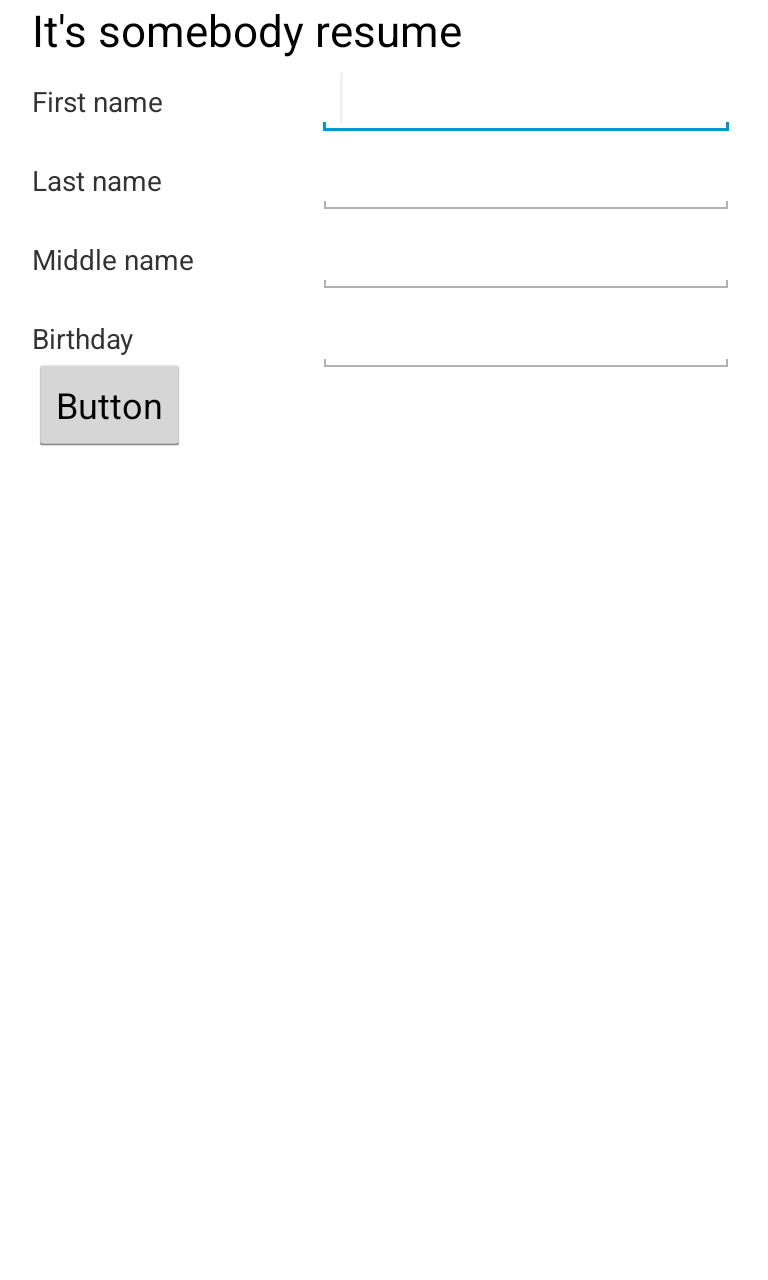
Repository: egslava/android-net-list-utils
Layout: NetUtilsSamples/res/layout/activity_simple_unmapping.xml
The author's editor kept a copy of each file at every save. The layout is drawn from the files as they stood at one save, then again after the next save.
It is drawn on a 768 x 1280 px phone screen (xhdpi) without system bars, with theme AppTheme; the app's code is not run.

Above is the layout before, as saved 2013-10-11 13:01:55.

After the next save:
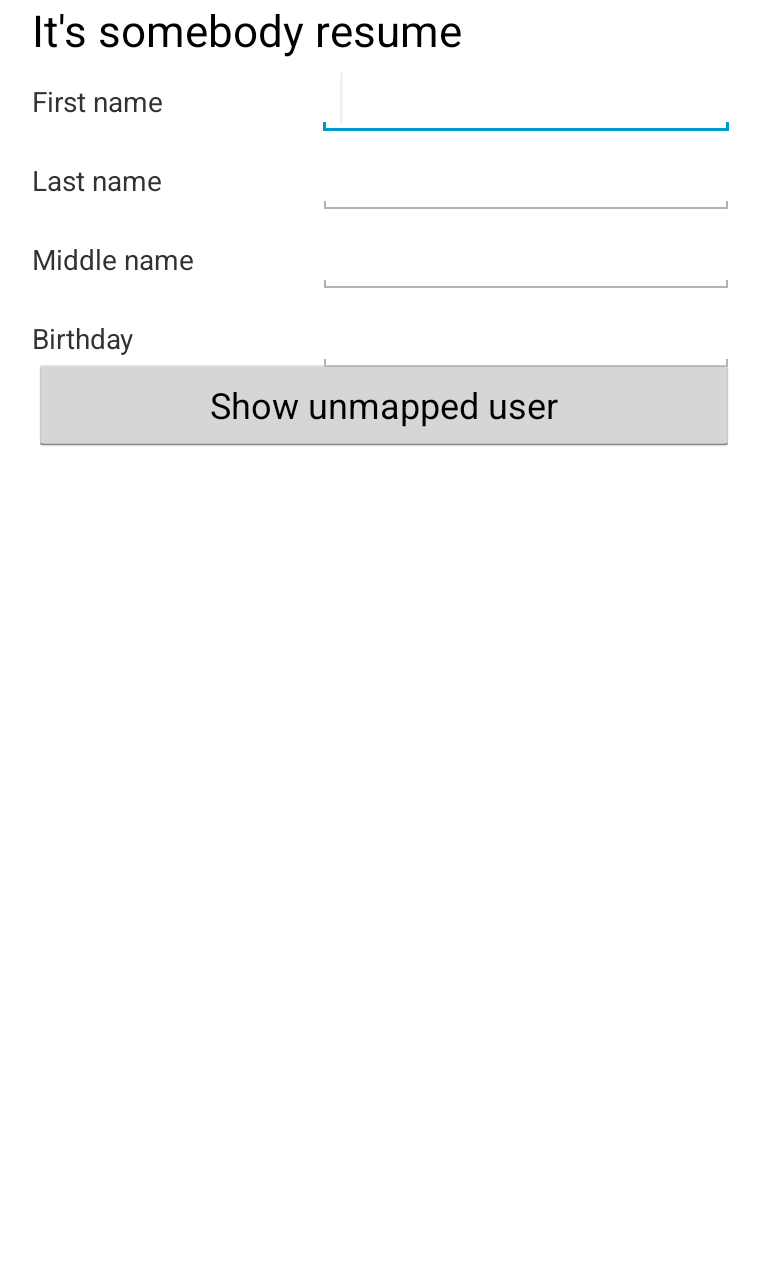
Saved 20 s later.
--- a/NetUtilsSamples/res/layout/activity_simple_unmapping.xml
+++ b/NetUtilsSamples/res/layout/activity_simple_unmapping.xml
@@ -113,8 +113,9 @@
                 android:layout_height="wrap_content"
                 android:layout_alignParentBottom="true"
                 android:layout_alignParentLeft="true"
+                android:layout_alignParentRight="true"
                 android:layout_below="@id/textView5"
-                android:text="Button" />
+                android:text="Show unmapped user" />
 
         </RelativeLayout>
 
